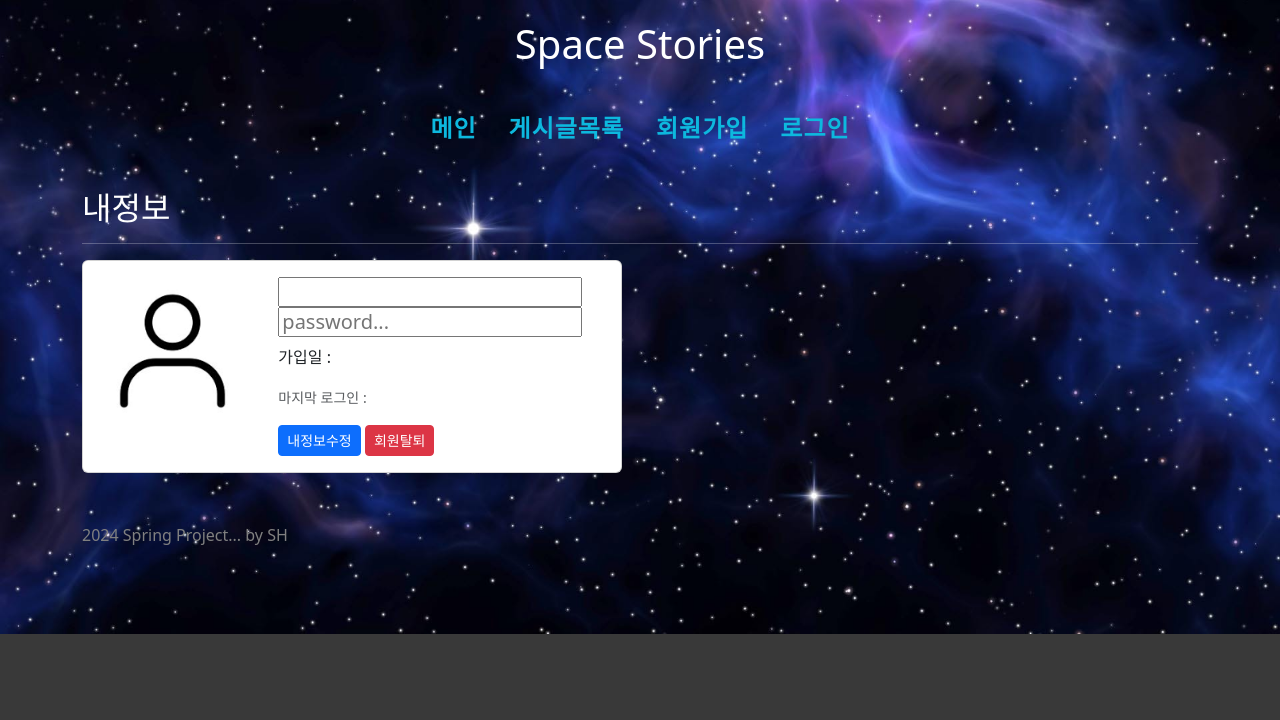
Repository: dtkd19/spring_personal_project
Page: http://localhost/myproject/WEB-INF/views/user/mypage.jsp
These files come from the project's save history. The page is drawn as it stood at one moment and after the next save; the edit follows.
The browser window is 1280 px wide. The pictures show the whole page.
The page is served by Tomcat 9. Nobody is signed in. The template is opened directly, without the code that normally fills it, so the values that code supplies are empty.

Above is the page before, as saved 2024-11-11 00:44:07.

After the next save:
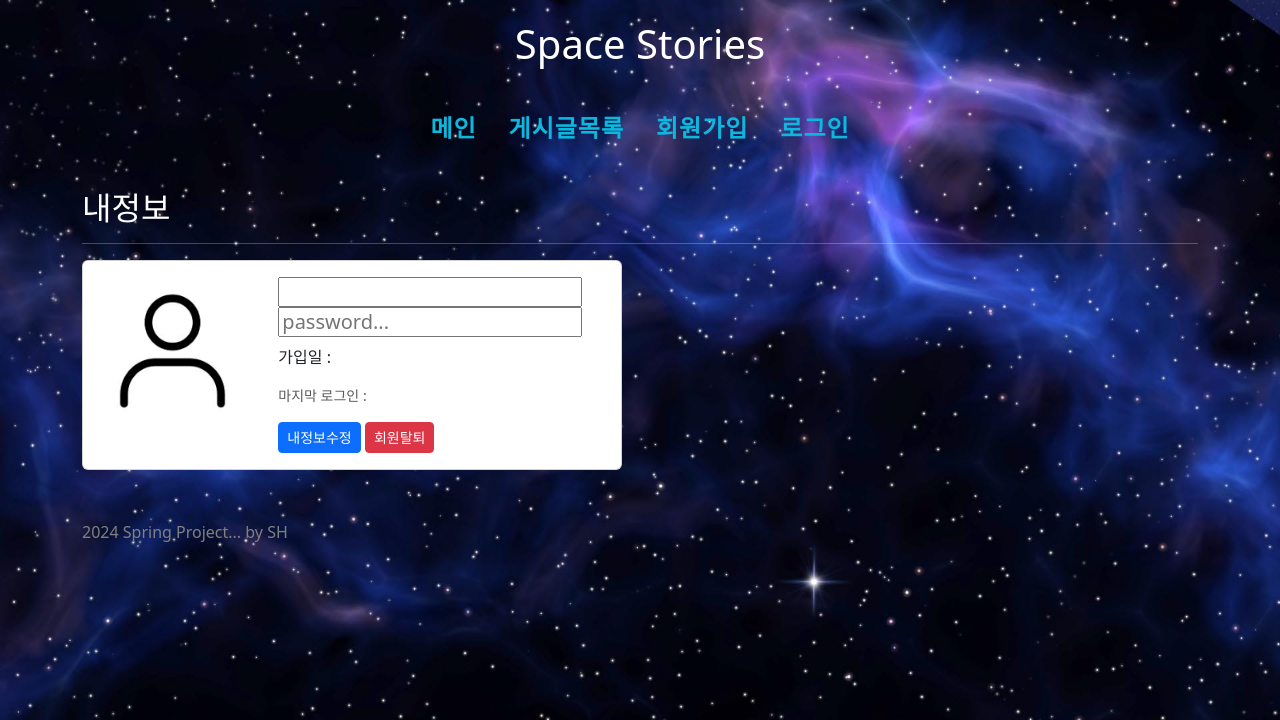
Saved 10 s later.
--- a/myproject/src/main/webapp/WEB-INF/views/user/mypage.jsp
+++ b/myproject/src/main/webapp/WEB-INF/views/user/mypage.jsp
@@ -2,6 +2,7 @@
     pageEncoding="UTF-8"%>
 <%@ taglib uri="http://java.sun.com/jsp/jstl/core" prefix="c"%>
 <%@ taglib uri="http://www.springframework.org/security/tags" prefix="sec" %>
+<link href="../resources/css/mypage.css" rel="stylesheet"/>
 
 <jsp:include page="../layout/header.jsp" />
 <div class="container-md">
